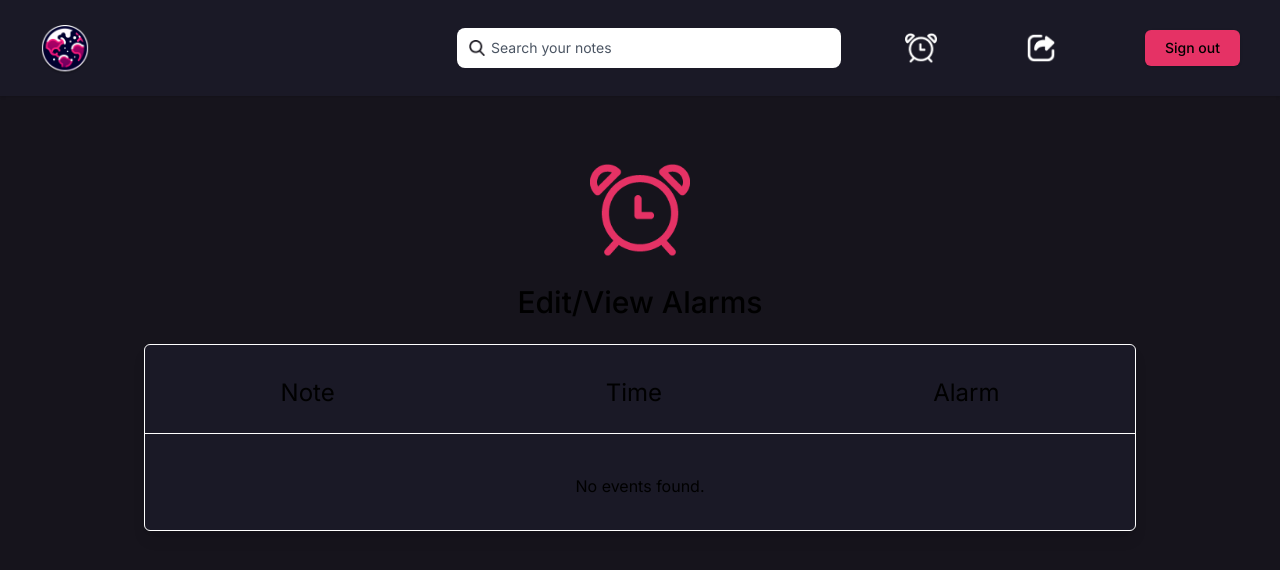
Repository: plan-it-earth/plan-it-earth
Page: /pages/alarm
The author's editor kept a copy of each file at every save. The page is drawn from the files as they stood at one save, then again after the next save.
The browser window is 1280 px wide. The pictures show the whole page.
The project was rebuilt for these pictures with package versions that can differ from the ones it lists, and the page was loaded fresh each time. The framework's server and built-in components were replaced by stand-ins that run in the browser. Also part of the build but not shown: next.config.mjs, app/lib/Hooks/dbActions.js, app/Components/AlarmRow.tsx.

Above is the page before, as saved 2024-04-18 20:29:38.

After the next save:
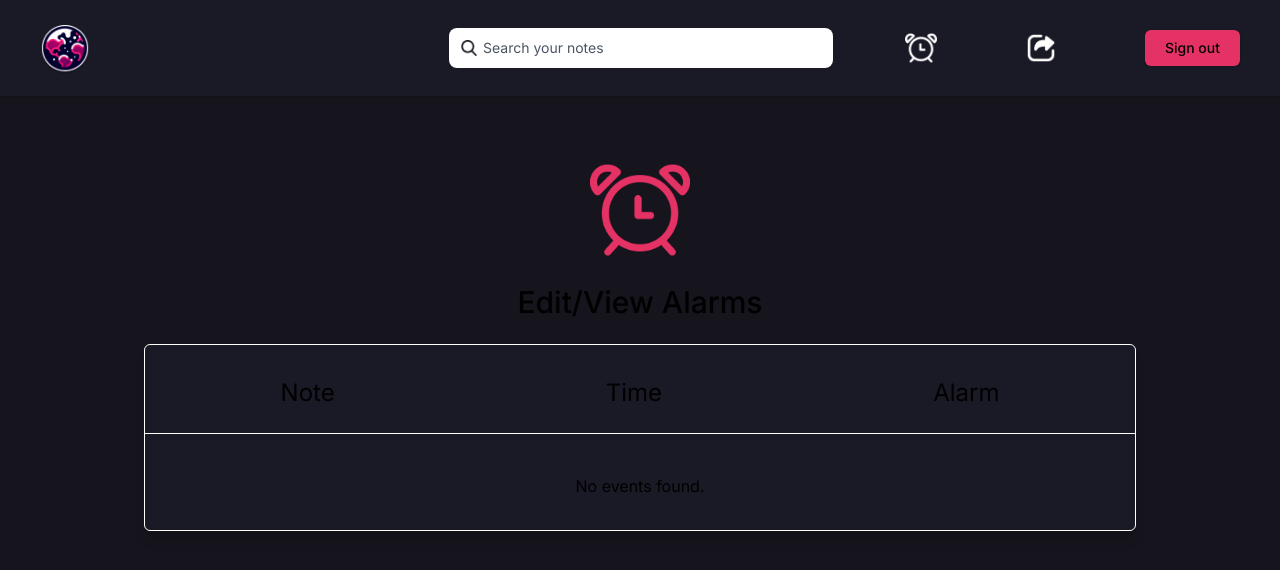
Saved 13 s later.
--- a/app/Components/Header.tsx
+++ b/app/Components/Header.tsx
@@ -43,8 +43,8 @@ export default function Header() {
         <div className="flex h-24 w-full px-2 py-5 bg-[#1A1926] shadow justify-around md:px-10">
             <div className="flex flex-row h-full items-center space-x-2 md:gap-20">
                 <Image onClick={routeToCalendar} src={logo} alt="Plan-It-Earth" height={50} width={50} className="h-30 w-30 mt-1 cursor-pointer hover:opacity-85 md:h-35 md:h-35"/>
-                <div className="hidden sm:w-16 sm:block"></div>
-                <div className="hidden sm:w-16 sm:block"></div>
+                <div className="hidden sm:w-14 sm:block"></div>
+                <div className="hidden sm:w-14 sm:block"></div>
             </div>
             {/*<div className="hidden w-24 lg:block"></div>*/}
             <Search />
